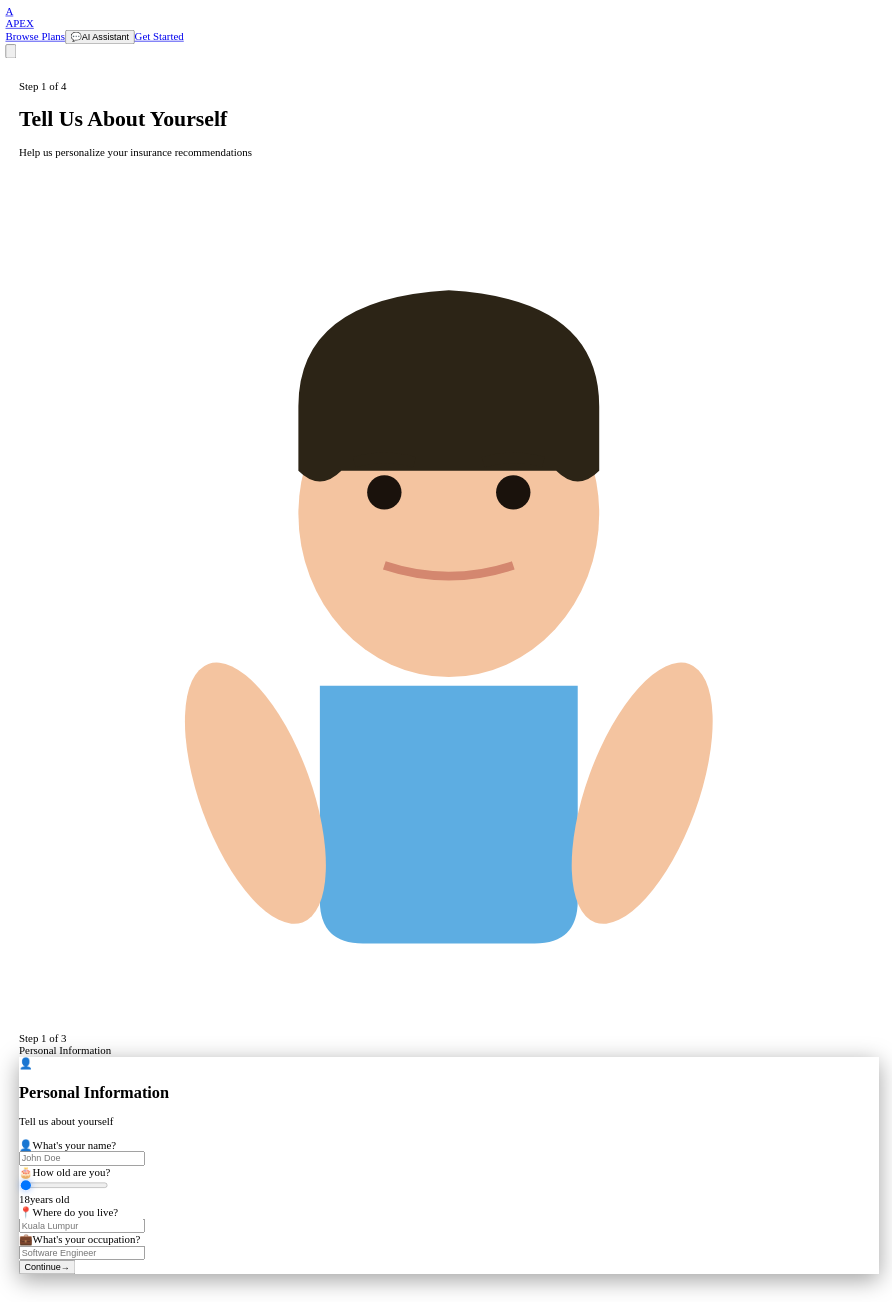
Repository: hmhhmm/Apex-AI-Driven-Insurance-Recommendation-System
Page: /onboarding/quick-assessment (app in client/)
An editor plug-in stored every save of this project. The page is shown before and after the next save, followed by the edit.
The browser window is 1280 px wide. The page is 1312 px wide, so the pictures cover 1312 px, including what lies to the right of the window. The pictures show the whole page, at 68% of full size.
The project was rebuilt for these pictures with package versions that can differ from the ones it lists, and the page was loaded fresh each time. Also part of the build but not shown: client/src/components/chat/ChatHeader.tsx, client/src/components/chat/ChatMessages.tsx, client/src/components/chat/QuickActions.tsx, client/src/components/chat/ChatInput.tsx, client/src/components/landing/ParticleBackground.tsx, client/src/components/landing/AnimatedHero.tsx, client/src/components/landing/DashboardCard.tsx, client/src/pages/Landing.tsx and 11 more.

Above is the page before, as saved 2025-11-01 21:21:58.

After the next save:
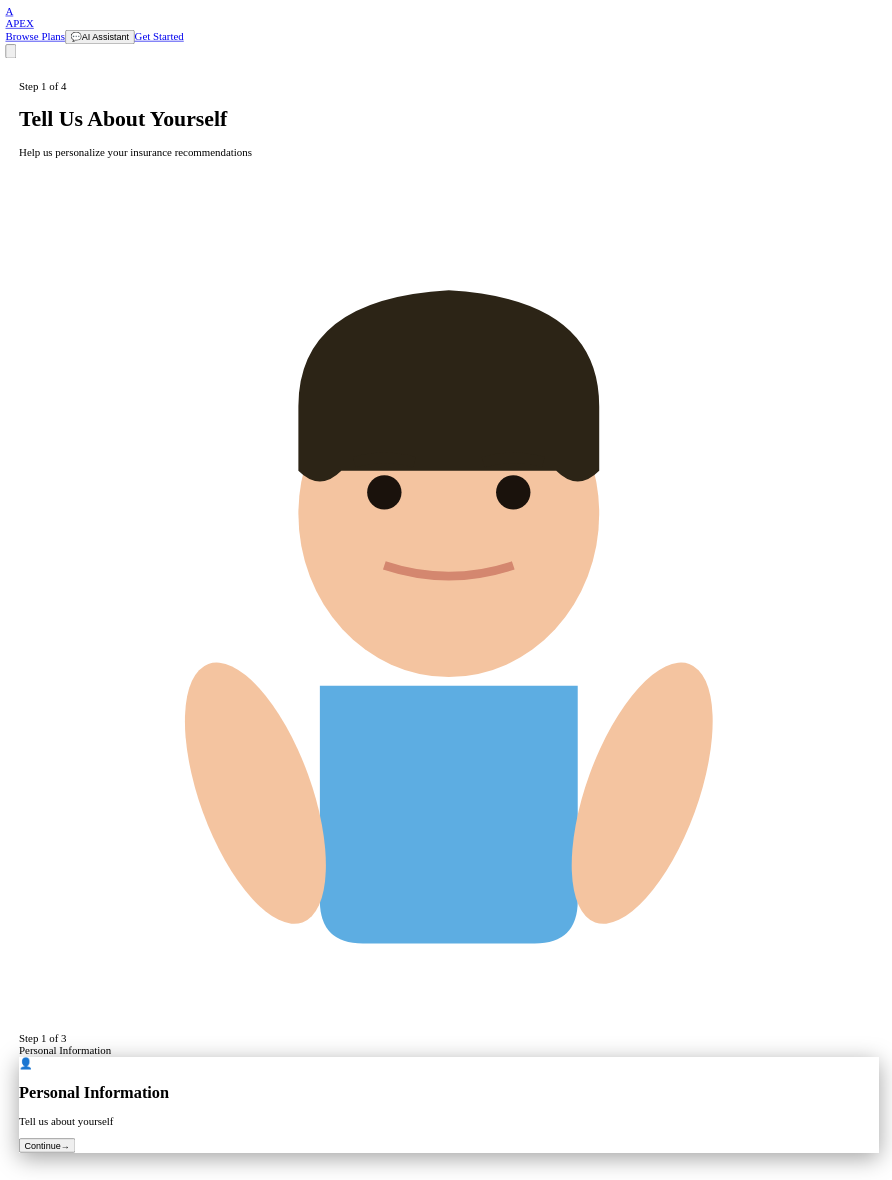
Saved 16 min 45 s later.
--- a/client/src/pages/onboarding/QuickAssessment.tsx
+++ b/client/src/pages/onboarding/QuickAssessment.tsx
@@ -16,24 +16,28 @@ interface Question {
 }
 
 const questions: Question[] = [
-  { id: 'fullName', question: "What's your name?", type: 'text', placeholder: 'John Doe', emoji: '👤', category: 'Personal' },
-  { id: 'age', question: 'How old are you?', type: 'slider', emoji: '🎂', category: 'Personal', min: 18, max: 100 },
-  { id: 'location', question: 'Where do you live?', type: 'text', placeholder: 'Kuala Lumpur', emoji: '📍', category: 'Personal' },
-  { id: 'occupation', question: "What's your occupation?", type: 'text', placeholder: 'Software Engineer', emoji: '💼', category: 'Personal' },
+  // UNIVERSAL Questions (Always shown)
+  { id: 'fullName', question: "What's your name?", type: 'text', placeholder: 'John Doe', emoji: '👤', category: 'Universal' },
+  { id: 'dateOfBirth', question: "What's your date of birth?", type: 'text', placeholder: 'DD/MM/YYYY', emoji: '�', category: 'Universal' },
+  { id: 'zipCode', question: "What's your ZIP code?", type: 'text', placeholder: '50000', emoji: '�', category: 'Universal' },
   {
     id: 'insuranceNeeds',
-    question: 'What insurance are you looking for?',
+    question: 'Which insurance types do you need?',
     type: 'multi-select',
     options: ['Health', 'Life', 'Car', 'Travel'],
     emoji: '🛡️',
-    category: 'Insurance'
+    category: 'Universal'
   },
-  {
-    id: 'healthStatus',
-    question: 'How would you rate your health?',
+  { id: 'annualIncome', question: "What's your annual household income?", type: 'text', placeholder: 'RM 50,000', emoji: '💰', category: 'Universal' },
+  { id: 'occupation', question: "What's your occupation?", type: 'text', placeholder: 'Software Engineer', emoji: '💼', category: 'Universal' },
+
+  // HEALTH Questions (Conditional - shown if Health insurance selected)
+  {
+    id: 'smoking',
+    question: 'Do you smoke or use tobacco?',
     type: 'radio',
-    options: ['Excellent', 'Good', 'Fair', 'Need Improvement'],
-    emoji: '❤️',
+    options: ['Never', 'Former smoker', 'Occasionally', 'Regularly'],
+    emoji: '🚭',
     category: 'Health'
   },
   {
@@ -42,15 +46,20 @@ const questions: Question[] = [
     type: 'radio',
     options: ['Daily', '3-4 times/week', '1-2 times/week', 'Rarely'],
     emoji: '🏃',
-    category: 'Lifestyle'
+    category: 'Health'
   },
-  {
-    id: 'smoking',
-    question: 'Do you smoke?',
+
+  // CAR Questions (Conditional - shown if Car insurance selected)
+  { id: 'vehicleInfo', question: 'Vehicle make, model, year?', type: 'text', placeholder: 'Toyota Camry 2020', emoji: '🚗', category: 'Car' },
+
+  // TRAVEL Questions (Conditional - shown if Travel insurance selected)
+  {
+    id: 'travelFrequency',
+    question: 'How often do you travel?',
     type: 'radio',
-    options: ['Never', 'Former smoker', 'Occasionally', 'Regularly'],
-    emoji: '🚭',
-    category: 'Lifestyle'
+    options: ['1-2 times/year', '3-4 times/year', '5+ times/year', 'Rarely'],
+    emoji: '✈️',
+    category: 'Travel'
   },
 ]
 
